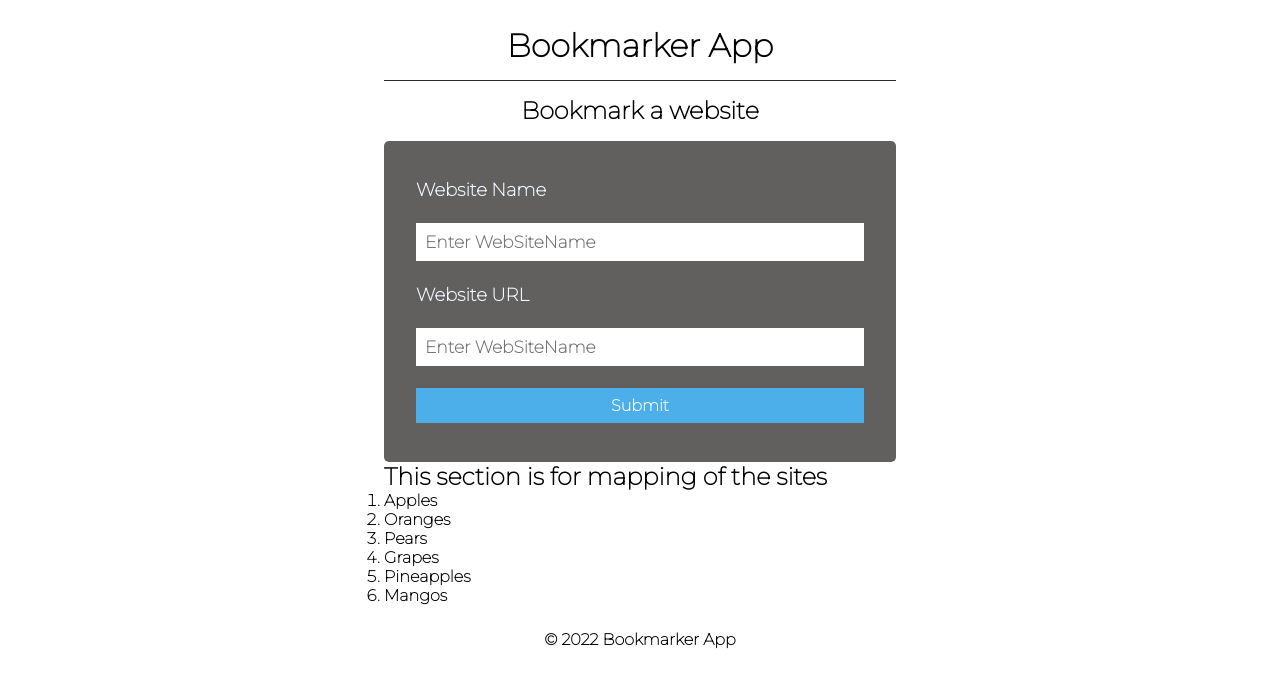
Repository: Suporl9/BookMarkerApp
Page: index.html
An editor plug-in stored every save of this project. The page is shown before and after the next save, followed by the edit.
The browser window is 1280 px wide. The pictures show the whole page.

Above is the page before, as saved 2021-11-23 19:40:02.

After the next save:
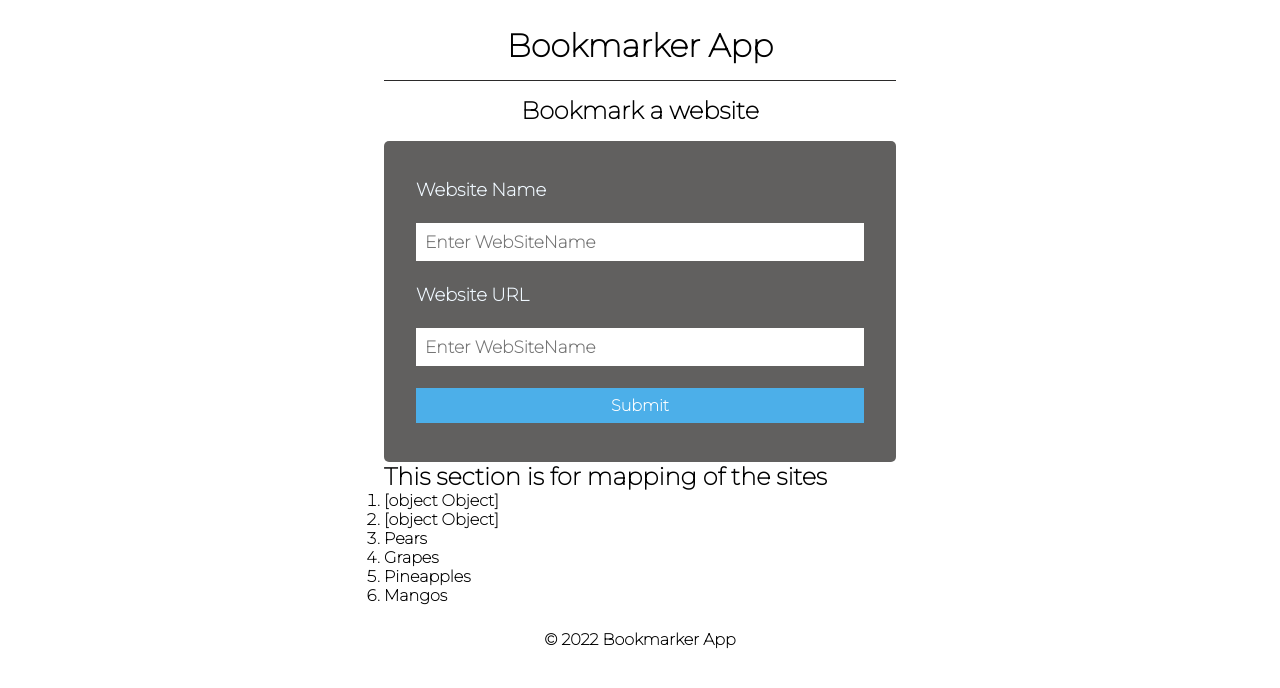
Saved 35 s later.
--- a/main.js
+++ b/main.js
@@ -62,7 +62,14 @@ console.log("hello", JSON.parse(hello));
 // console.log("...arrayfordata", ...arrayForData);
 
 // let ulclass = document.querySelector(".ulclass");
-var fruits = ["Apples", "Oranges", "Pears", "Grapes", "Pineapples", "Mangos"];
+var fruits = [
+  { apple: "apple" },
+  { oranges: "Oranges" },
+  "Pears",
+  "Grapes",
+  "Pineapples",
+  "Mangos",
+];
 var listOfFruits = [];
 var list = document.getElementById("list");
 
